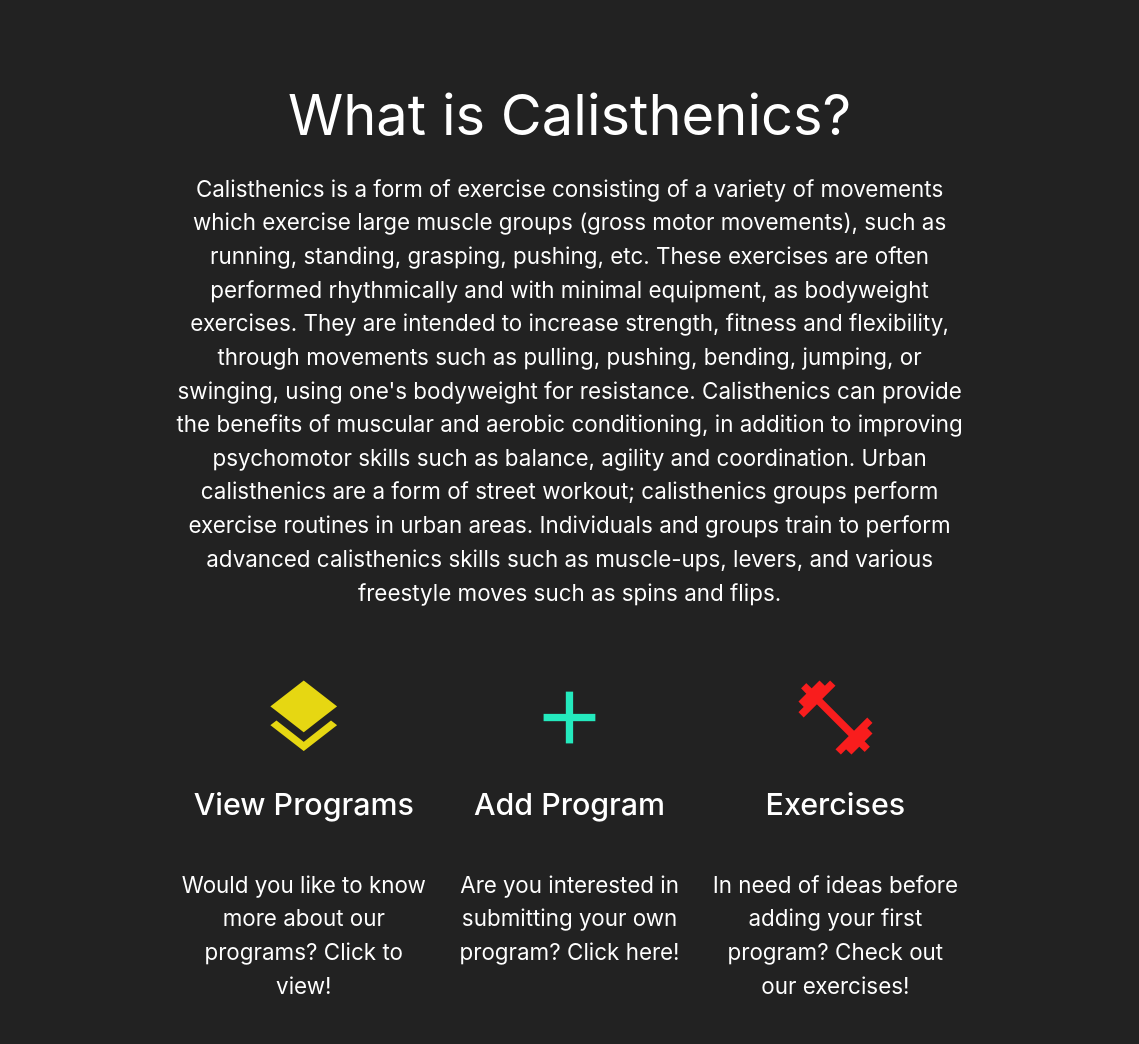
Repository: Ario124/calisthenics-project
Page: http://localhost/
The author's editor kept a record of every edit. The page is drawn from the files as they stood at one moment, then again after the next edit.
The browser window is 1280 px wide. The pictures show the part of the page from y = 719 to 1892 px (the page is 1892 px tall before and 1881 px after), at 89% of full size.
The page is served by the project's application, run on Flask 3 (app.py).

Above is the page before.

### templates/index.html
{% extends 'base.html' %} {% block content %}

<div class="video-container">
    <iframe src="///www.youtube.com/embed/FHBtLAvNGo4?start=14&end=103&controls=0&showinfo=0&rel=0&autoplay=1&loop=1&playlist=FHBtLAvNGo4&mute=1" frameborder="0" allowfullscreen></iframe>
</div>


<div class="container">
    <div class="col s12 center">
        <h1 class="center expert_title">What is Calisthenics?</h1>

        <p class="flow-text">
            Calisthenics is a form of exercise consisting of a variety of movements which exercise large muscle groups (gross motor movements), such as running, standing, grasping, pushing, etc. These exercises are often performed rhythmically and with minimal equipment,
            as bodyweight exercises.<span class="hide-on-med-and-down"> They are intended to increase strength, fitness and flexibility, through
                                    movements such as pulling, pushing, bending, jumping, or swinging, using one's bodyweight for resistance. Calisthenics can provide
                                    the benefits of muscular and aerobic conditioning, in addition to improving psychomotor skills such as balance, agility and coordination.

                                    Urban calisthenics are a form of street workout; calisthenics groups perform exercise routines in urban areas.
                                    Individuals and groups train to perform advanced calisthenics skills such as muscle-ups, levers, and various freestyle moves such as spins and flips.</span>

        </p>

        <ul class="hide-on-large-only collapsible">
            <li>
                <div class="collapsible-header"><i class="material-icons">info_outline</i>Read More</div>
                <div class="collapsible-body flow-text"><span>They are intended to increase strength, fitness and flexibility, through
                                    movements such as pulling, pushing, bending, jumping, or swinging, using one's bodyweight for resistance. Calisthenics can provide
                                    the benefits of muscular and aerobic conditioning, in addition to improving psychomotor skills such as balance, agility and coordination.

                                    Urban calisthenics are a form of street workout; calisthenics groups perform exercise routines in urban areas.
                                    Individuals and groups train to perform advanced calisthenics skills such as muscle-ups, levers, and various freestyle moves such as spins and flips.</span></div>
            </li>
        </ul>
    </div>
    <div class="center-align row">

        <div class="col s4">
            <div class="section">
            <a href="{{url_for('get_programs')}}"><i class="material-icons icon-size icon-color">layers</i></a>
            <h4><strong>View Programs</strong></h4></div>
            <p class="flow-text">Would you like to know more about our programs? Click to view!</p>
        </div>
        <div class="col s4">
            <div class="section">
            <a href="{{url_for('add_program')}}"> <i class="material-icons icon-size icon-color2">add</i></a>
            <h4><strong>Add Program</strong></h4></div>
            <p class="flow-text">Are you interested in submitting your own program? Click here!</p>
        </div>
        <div class="col s4">
            <div class="section">
            <a href="{{url_for('exercises')}}"> <i class="material-icons icon-size icon-exercises">fitness_center</i></a>
            <h4><strong>Exercises</strong></h4></div>
            <p class="flow-text">In need of ideas before adding your first program? Check out our exercises!</p>
        </div>

    </div>
</div>

{% endblock %}

### templates/base.html
<!DOCTYPE html>
<html lang="en">
<head>
    <meta charset="UTF-8">
    <meta name="viewport" content="width=device-width, initial-scale=1">
    <link href="https://fonts.googleapis.com/icon?family=Material+Icons" rel="stylesheet">
    <link rel="stylesheet" href="https://cdnjs.cloudflare.com/ajax/libs/materialize/1.0.0/css/materialize.min.css">
    <link rel="stylesheet" href="{{url_for('static', filename="css/main.css")}}" type="text/css" />

    <title>Calisthenics Project</title>
    <link rel="icon" href="https://d1ujqdpfgkvqfi.cloudfront.net/favicon-generator/htdocs/favicons/2019-09-19/50f3ab5b7a10e0ae0911c83435938cd6.ico.png">

</head>
<body>
    <header>

        <div class="navbar-fixed">
            <nav>
                <div class="nav-wrapper">
                    <a href="{{url_for('home')}}" class="brand-logo"><i class="material-icons nav-icon-pad">home</i></a>
                    <a href="{{url_for('home')}}" class="brand-logo center-align">Calisthenics</a>
                    <a href="#" data-target="mobile-demo" class="sidenav-trigger"><i class="material-icons">menu</i></a>
                    <ul class="right hide-on-med-and-down">
                        <li><a href="{{url_for('get_programs')}}">View Programs</a></li>
                        <li><a href="{{url_for('add_program')}}">Add Program</a></li>
                        <li><a href="{{url_for('exercises')}}">Exercises</a></li>
                        <li><a href="{{url_for('contact')}}">Contact Us</a></li>
                    </ul>
                </div>
            </nav>

            <ul class="sidenav" id="mobile-demo">
                <li><a class="sidenav-close" href="#!"><i class="material-icons">menu</i>Close</a></li>
                <li><a href="{{url_for('get_programs')}}">View Programs</a></li>
                <li><a href="{{url_for('add_program')}}">Add Program</a></li>
                <li><a href="{{url_for('exercises')}}">Exercises</a></li>
                <li><a href="{{url_for('contact')}}">Contact Us</a></li>
            </ul>
        </div>

    </header>
    {% block content %} {% endblock %}

    <script src="https://cdnjs.cloudflare.com/ajax/libs/jquery/3.4.1/jquery.min.js"></script>
    <script src="https://cdnjs.cloudflare.com/ajax/libs/materialize/1.0.0/js/materialize.min.js"></script>
    <script type="text/javascript">
        M.AutoInit()
    </script>

</body>

</html>

### app.py
import os
from flask import Flask, render_template, redirect, request, url_for
from flask_pymongo import PyMongo
from bson.objectid import ObjectId

app = Flask(__name__)


app.config["MONGO_DBNAME"] = 'calisthenics-project'
app.config["MONGO_URI"] = 'mongodb+srv://root:pasol005@myfirstcluster-qno2b.mongodb.net/calisthenics?retryWrites=true&w=majority'


mongo = PyMongo(app)

@app.route('/')
@app.route('/home')
def home():
    return render_template('index.html')

@app.route('/add_program')
def add_program():
    return render_template('add_program.html', categories =mongo.db.categories.find(), difficulty =mongo.db.difficulty.find())


@app.route('/categories')
def categories():
    return render_template('categories.html')

@app.route('/contact')
def contact():
    return render_template('contact.html')

@app.route('/get_programs')
def get_programs():
    return render_template('programs.html',
        training_programs=mongo.db.training_programs.find(), description =mongo.db.description.find())


@app.route('/insert_program', methods=['POST'])
def insert_program():
    training_programs = mongo.db.training_programs
    training_programs.insert_one(request.form.to_dict())
    return redirect(url_for('get_programs'))

@app.route('/edit_program/<program_id>')
def edit_program(program_id):
    _program = mongo.db.training_programs.find_one({"_id": ObjectId(program_id)})
    _categories = mongo.db.categories.find()
    _difficulty = mongo.db.difficulty.find()
    category_list = [category for category in _categories]
    difficulty_list = [difficult for difficult in _difficulty]
    return render_template('edit_program.html', program = _program, categories = category_list, difficulties = difficulty_list)


@app.route('/update_program/<program_id>', methods=['POST'])
def update_program(program_id):
    training_programs = mongo.db.training_programs
    training_programs.update({'_id': ObjectId(program_id)},
    {
        'category_name':request.form.get('category_name'),
        'difficulty_level':request.form.get('difficulty_level'),
        'program_name':request.form.get('program_name'),
        'exercise':request.form.get('exercise'),
        'exercise2':request.form.get('exercise2'),
        'exercise3':request.form.get('exercise3'),
        'sets_amount':request.form.get('sets_amount'),
        'sets_amount2':request.form.get('sets_amount2'),
        'sets_amount3':request.form.get('sets_amount3'),
        'reps_amount':request.form.get('reps_amount'),
        'reps_amount2':request.form.get('reps_amount2'),
         'reps_amount3':request.form.get('reps_amount3'),
        'equipment_required':request.form.get('equipment_required'),
        'description':request.form.get('description')
    })
    return redirect(url_for('get_programs'))

@app.route('/add_exercise')
def add_exercise():
    return render_template('add_exercise.html')


@app.route('/delete_program/<program_id>')
def delete_program(program_id):
    mongo.db.training_programs.remove({'_id': ObjectId(program_id)})
    return redirect(url_for('get_programs'))


@app.route('/exercises')
def exercises():
    return render_template('exercises.html')

if __name__ == '__main__':
    app.run(host=os.environ.get('IP'),
            port=int(os.environ.get('PORT')),
            debug=True)

### static/css/main.css
nav {
    background-color: #317a90f7;

}

.brand-logo {
    font-size: 40px;
}

.video-container iframe, .video-container object, .video-container embed {
    position: absolute;
    top: 0;
    left: 0;
    width: 100%;
    height: 100%;

}


.circle {
    width: 36%;
}

.video-container {
    bottom: 65px;
    z-index: -4;
}

.collapsible-header {
background-color: transparent;
}

.icon-size {
    font-size: 100px;
    margin-top:30px;
}

.contoo {
    background-color: #212525e8;
    color: orange;
}

.program-header {
    margin-top: 5px;
}

.colored-title {
    color: #e85a13;
}

.icon-color {
    color: #e6d712;
}

.icon-color2 {
    color: #24eabe;
}

.btn-colored {
    background-color: #71c4d8e0;
}

.btn-colored:hover {
    background-color: #3196af;
}

.img-test {
    background-image: url("/static/images/Pushups.jpg");
}

.icon-exercises {
    font-size: 100px;
    margin-top:30px;
    color: #f91d1d;
}

.expert_title {
    margin-bottom: 30px;
    margin-top: 30px;
}
body {
    background-color: #222;
    color: white;
}

nav .brand-logo i, .hoomee {
    font-size: 40px;
}

.select-dropdown {
    color: white;
}

.select-dropdown li.disabled>span {
    color: white;
}

.select-dropdown:focus {
    color:white;
}

input {
    color:white;


}

.container {
    color:white;
}

textarea.materialize-textarea {
    color:white;
}

.dropdown-content {
    background-color: #313131;
}

.dropdown-content li>span {
    color:white;
}

.select-wrapper .caret {
    fill:white
}

.sidenav-overlay {
    opacity: 0 !important;
    position: relative;
}


/* MEDIA QUERIES */


            /* MOBILE */

@media all and (min-width: 480px) and (max-width: 768px) {
    nav {
        background-color: #d0501ef7;
    }
}
            /* TABLET */

@media all and (min-width: 768px) and (max-width: 1024px) {

    nav {
        background-color: #d01e1ef7;
    }

        .flow-text {
        font-size: 2.1rem;
    }

}

After the next edit:
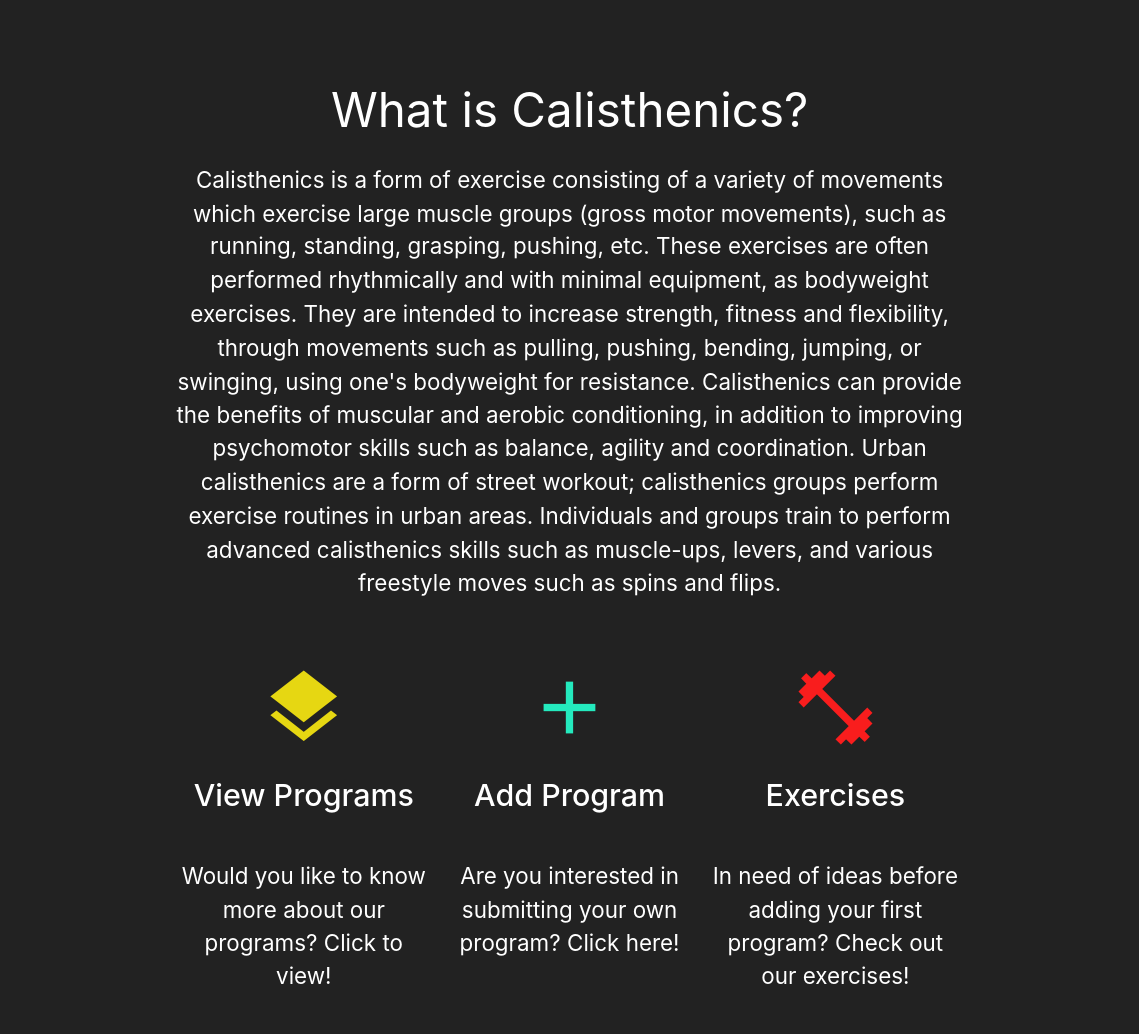
The edit:
--- a/templates/index.html
+++ b/templates/index.html
@@ -7,7 +7,7 @@
 
 <div class="container">
     <div class="col s12 center">
-        <h1 class="center expert_title">What is Calisthenics?</h1>
+        <h2 class="center expert_title">What is Calisthenics?</h2>
 
         <p class="flow-text">
             Calisthenics is a form of exercise consisting of a variety of movements which exercise large muscle groups (gross motor movements), such as running, standing, grasping, pushing, etc. These exercises are often performed rhythmically and with minimal equipment,
